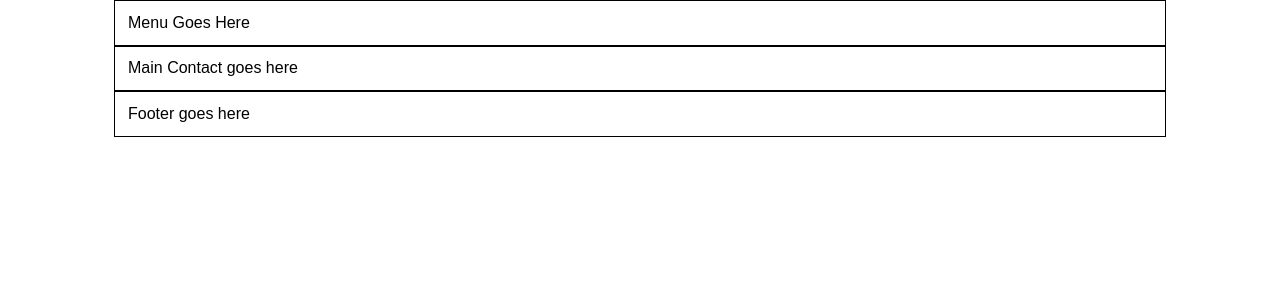
Repository: yazshrilld/food_order
Page: http://localhost/admin/index.php
The author's editor kept a copy of each file at every save. The page is drawn from the files as they stood at one save, then again after a run of saves.
The browser window is 1280 px wide. The pictures show the whole page.
The page is run by PHP 8.4 with error messages shown; the project is at /var/www/html/.

Above is the page before, as saved 2021-01-24 16:05:44.

After the next 11 saves:
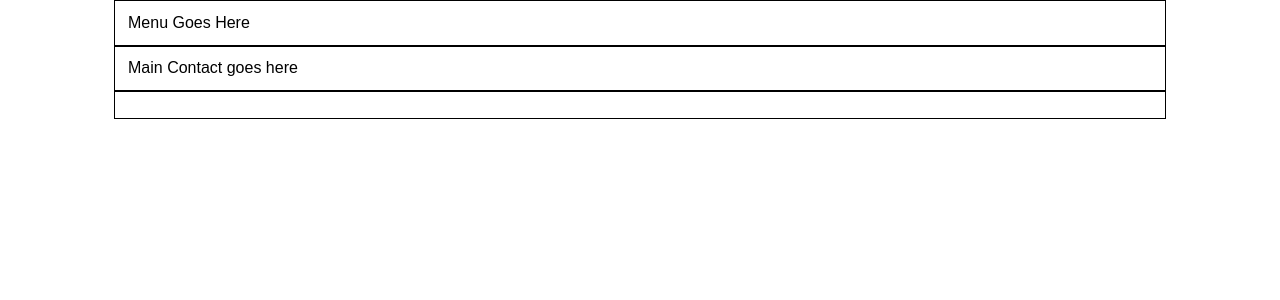
The 11 saves are shown as one change because they came seconds apart.
The last was saved 56 s later.
--- a/admin/index.php
+++ b/admin/index.php
@@ -23,7 +23,7 @@
         <!-- Footer Section Starts -->
             <div class="footer">
                 <div class="wrapper">
-                    Footer goes here
+                    <p class="text-center"></p>
                 </div>
             </div>
         <!-- Footer Section Ends -->
